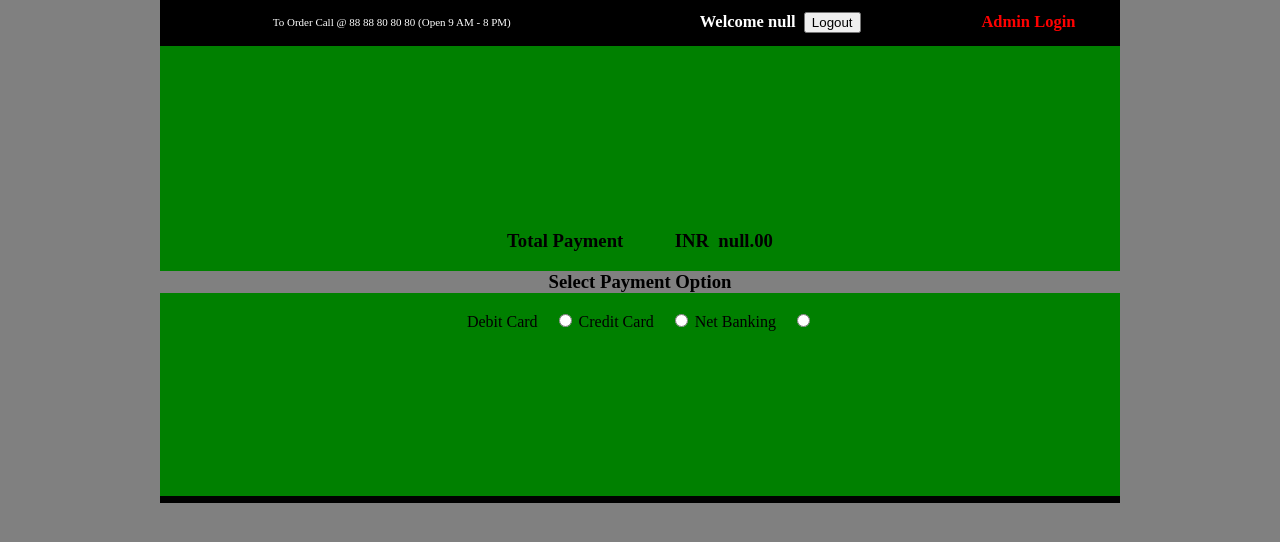
Repository: aashi12/e_mandi
Page: http://localhost/e_mandi/checkOut.jsp
The author's editor kept a copy of each file at every save. The page is drawn from the files as they stood at one save, then again after the next save.
The browser window is 1280 px wide. The pictures show the whole page.
The page is served by Tomcat 9. Other server files are loaded and not shown.

Above is the page before, as saved 2014-04-13 10:39:07.

### e_mandi/WebContent/checkOut.jsp
<%@ page language="java" contentType="text/html; charset=ISO-8859-1"
    pageEncoding="ISO-8859-1"%>
<!DOCTYPE html PUBLIC "-//W3C//DTD HTML 4.01 Transitional//EN" "http://www.w3.org/TR/html4/loose.dtd">
<html>
<head>
<meta http-equiv="Content-Type" content="text/html; charset=ISO-8859-1">
<title>Online e-Mandi</title>
<link rel="stylesheet" href="style.css" />
</head>
<body bgcolor="gray">
<div id="container">
<div id="main">
<table border="0" width="960" height="255" cellspacing="0" cellpadding="0">
<tr>
<td height="30" bgcolor="black" class="order">
<table border="0" width="960" height="30" cellspacing="0" cellpadding="0">
<tr>
<td align="center"><p>To Order Call @ 88 88 80 80 80 (Open 9 AM - 8 PM)</p></td>
<td align="center">
<!-- user login details -->
<%
String usd =(String)session.getAttribute("user");
out.print("<h2>Welcome "+usd); %>&nbsp;
<a href="Logout1"><input type="button" value="Logout"></a></h2> </td>
<td align="center"><h2 class="admin"><a href="#">Admin Login</a></h2></td>
</tr></table></td>
</tr>
<tr>
<td bgcolor="green" height="450" align="center">
<!--  payment details    -->
<% Integer tot=(Integer)session.getAttribute("amount"); %>
<h3>Total Payment &nbsp;&nbsp;&nbsp;&nbsp;&nbsp;&nbsp;&nbsp;&nbsp;&nbsp;&nbsp;INR &nbsp;<%= tot %>.00</h3>
<h3 style="background: gray">Select Payment Option</h3>
Debit Card &nbsp;&nbsp;&nbsp;<input type="radio" name="pay"/>
Credit Card &nbsp;&nbsp;&nbsp;<input type="radio" name="pay"/>
Net Banking &nbsp;&nbsp;&nbsp;<input type="radio" name="pay"/>

</td>
</tr>
<tr>
<td height="7" bgcolor="black"></td>
</tr>
</table>
</div>
</div>
</body>
</html>

### e_mandi/WebContent/style.css
#container{margin-top:-10px;}
#main{margin: 0px auto;width:960px;}
.tab{color:#000;text-decoration:none;}
.tab a{color:#000;text-decoration:none;}
.tab a:hover{color:#fff;text-decoration:none;}
.tab12{color:#fff;text-decoration:none;}
.tab12 a{color:#fff;text-decoration:none;}
.tab12 a:hover{color:red;text-decoration:none;}
.bann{background-image: url(images/header.jpg);}
.order{color:#fff; font-size:11px;}
.free{padding-left:400px;}
.logo{padding-bottom:50px;}
.basket{border-radius:10px;}
.foot{color:#fff;}
.cat{color:#000;text-decoration:none;}
.cat a{color:red;text-decoration:none;}
.cat a:hover{color:green;text-decoration:none;}
.admin{color:red;text-decoration:none; }
.admin a{color:red; text-decoration:none;}
.admin a:hover{color:#fff;text-decoration:none; }
#con1{padding-left:20px;padding-right:20px;}
img{border:none;}
a{text-decoration:none;}
.log a{text-decoration:none;}
.section a{color:green;text-decoration:none;}
.section a:hover{color:red;text-decoration:none;}
.quick{color:green;text-decoration:underline;}
#login
{
	text-align:center;

}

After the next save:
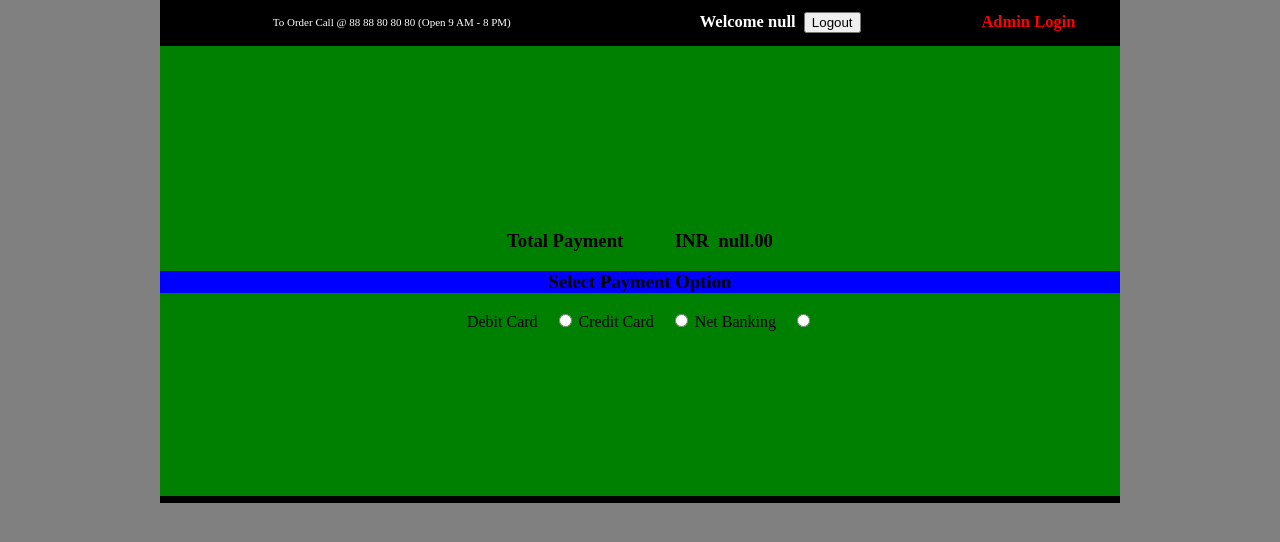
Saved 23 s later.
--- a/e_mandi/WebContent/checkOut.jsp
+++ b/e_mandi/WebContent/checkOut.jsp
@@ -30,7 +30,7 @@ out.print("<h2>Welcome "+usd); %>&nbsp;
 <!--  payment details    -->
 <% Integer tot=(Integer)session.getAttribute("amount"); %>
 <h3>Total Payment &nbsp;&nbsp;&nbsp;&nbsp;&nbsp;&nbsp;&nbsp;&nbsp;&nbsp;&nbsp;INR &nbsp;<%= tot %>.00</h3>
-<h3 style="background: gray">Select Payment Option</h3>
+<h3 style="background: blue">Select Payment Option</h3>
 Debit Card &nbsp;&nbsp;&nbsp;<input type="radio" name="pay"/>
 Credit Card &nbsp;&nbsp;&nbsp;<input type="radio" name="pay"/>
 Net Banking &nbsp;&nbsp;&nbsp;<input type="radio" name="pay"/>
